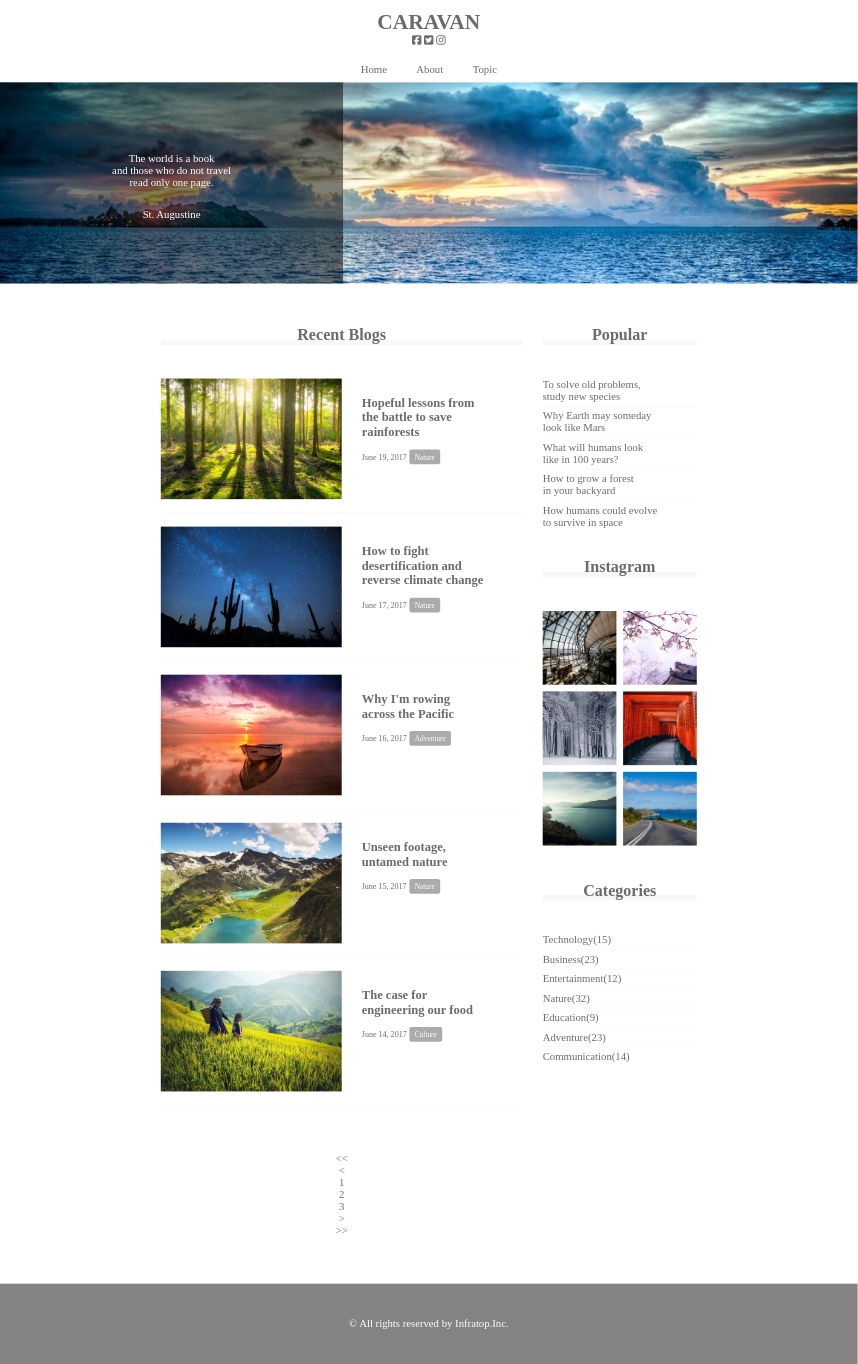
Repository: macchi-ro/-1
Page: caravan/index.html
The author's editor kept a record of every edit. The page is drawn from the files as they stood at one moment, then again after the next edit.
The browser window is 1280 px wide. The pictures show the whole page, at 67% of full size.
Some web libraries are served in a nearby version.

Above is the page before.

After the next edit:
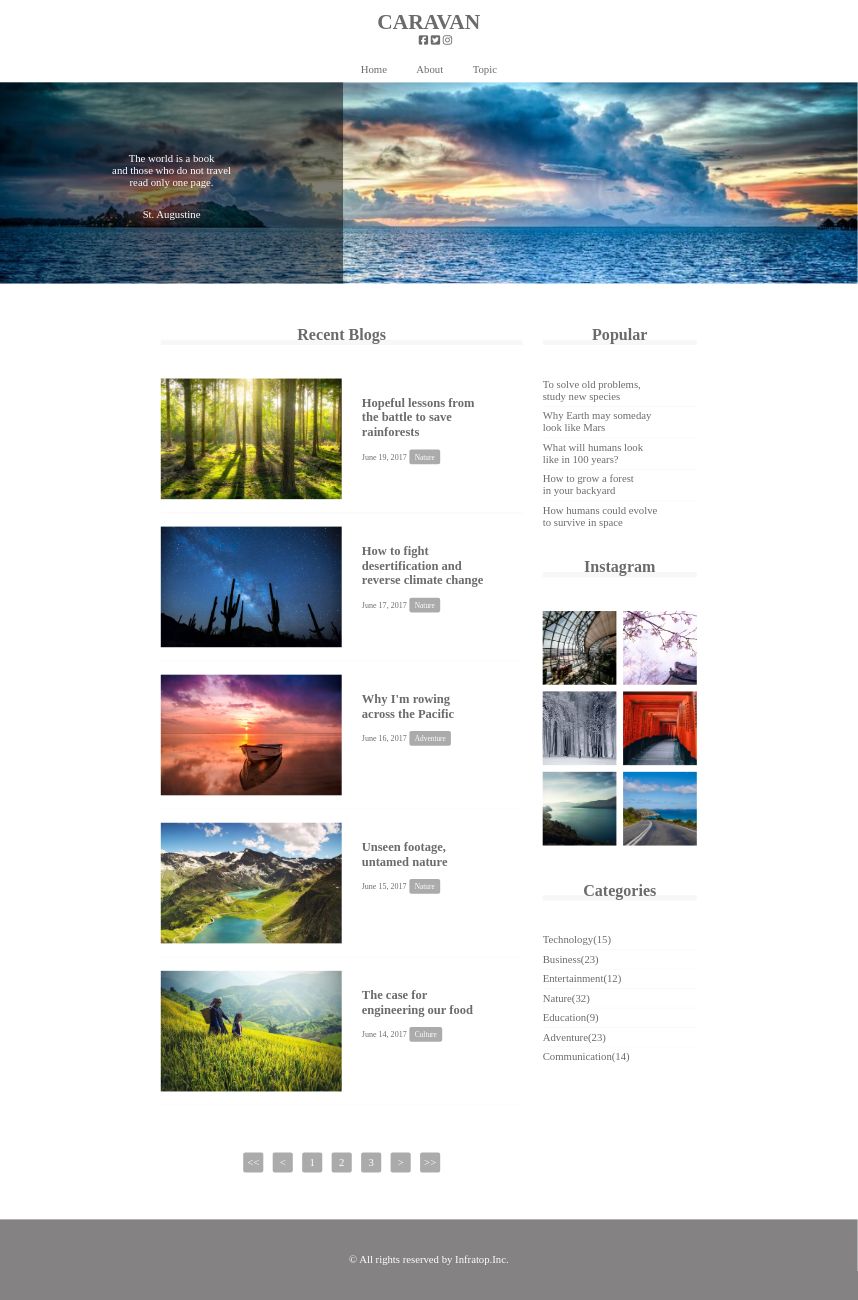
The edit:
--- a/caravan/style.css
+++ b/caravan/style.css
@@ -17,6 +17,11 @@
   text-align: center;
 }
 
+.social {
+  display: inline-block;
+  margin-left: 20px;
+}
+
 header .heading {
   /* headerタグ内のheadingクラスにのみ反映される */
   font-size: 32px;
@@ -122,8 +127,16 @@
 }
 
 .pagination p {
-
-}
+  display: inline-block;
+  width: 30px;
+  height: 30px;
+  margin: 0 5px;
+  color: #fff;
+  background-color: #acabab;
+  border-radius: 3px;
+  line-height: 30px;
+}
+
 .sidebar {
   width: 230px;
 }
@@ -166,7 +179,7 @@
 }
 
 .instagram-box:nth-child(odd) {
-  margin: 0 10px 10px 0;
+  margin-right: 10px;
 }
 
 .instagram-box:nth-child(1) {
@@ -192,6 +205,7 @@
 .instagram-box:nth-child(6) {
   background-image: url(img/road.jpg);
 }
+
 footer {
   width: 100%;
   height: 120px;
